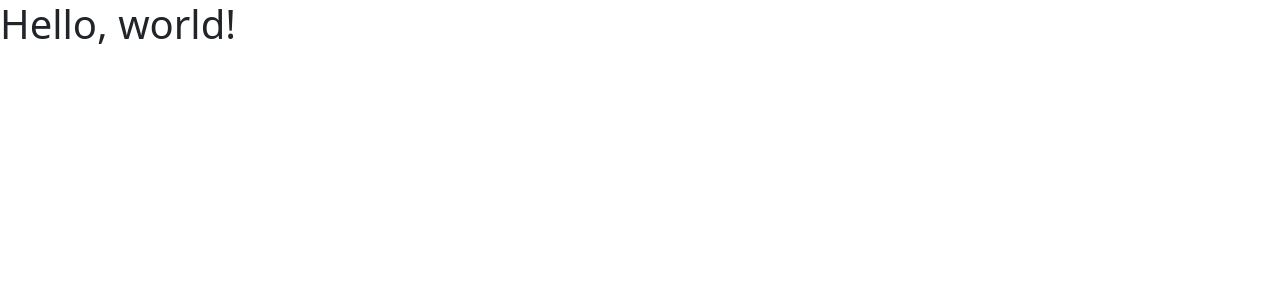
Repository: smritihbtu/Note-Maker
Page: http://localhost/NoteTaker/
An editor plug-in stored every save of this project. The page is shown before and after the next save, followed by the edit.
The browser window is 1280 px wide. The pictures show the whole page.
The page is served by Tomcat 9. Other server files are loaded and not shown.

Above is the page before, as saved 2023-08-19 14:45:32.

### NoteTaker/src/main/webapp/index.jsp
<!doctype html>
<html lang="en">
  <head>
    <meta charset="utf-8">
    <meta name="viewport" content="width=device-width, initial-scale=1">
    <title>Bootstrap demo</title>
    <link href="https://cdn.jsdelivr.net/npm/bootstrap@5.3.1/dist/css/bootstrap.min.css" rel="stylesheet" integrity="sha384-4bw+/aepP/YC94hEpVNVgiZdgIC5+VKNBQNGCHeKRQN+PtmoHDEXuppvnDJzQIu9" crossorigin="anonymous">
  </head>
  <body>
    <h1>Hello, world!</h1>
     <script src="https://cdn.jsdelivr.net/npm/bootstrap@5.3.1/dist/js/bootstrap.bundle.min.js" integrity="sha384-HwwvtgBNo3bZJJLYd8oVXjrBZt8cqVSpeBNS5n7C8IVInixGAoxmnlMuBnhbgrkm" crossorigin="anonymous"></script>
  </body>
</html>

### NoteTaker/src/main/webapp/navbar.jsp
<nav class="navbar navbar-expand-lg bg-body-tertiary">
  <div class="container-fluid">
    <a class="navbar-brand" href="#">Navbar</a>
    <button class="navbar-toggler" type="button" data-bs-toggle="collapse" data-bs-target="#navbarSupportedContent" aria-controls="navbarSupportedContent" aria-expanded="false" aria-label="Toggle navigation">
      <span class="navbar-toggler-icon"></span>
    </button>
    <div class="collapse navbar-collapse" id="navbarSupportedContent">
      <ul class="navbar-nav me-auto mb-2 mb-lg-0">
        <li class="nav-item">
          <a class="nav-link active" aria-current="page" href="#">Home</a>
        </li>
        <li class="nav-item">
          <a class="nav-link" href="#">Link</a>
        </li>
        <li class="nav-item dropdown">
          <a class="nav-link dropdown-toggle" href="#" role="button" data-bs-toggle="dropdown" aria-expanded="false">
            Dropdown
          </a>
          <ul class="dropdown-menu">
            <li><a class="dropdown-item" href="#">Action</a></li>
            <li><a class="dropdown-item" href="#">Another action</a></li>
            <li><hr class="dropdown-divider"></li>
            <li><a class="dropdown-item" href="#">Something else here</a></li>
          </ul>
        </li>
        <li class="nav-item">
          <a class="nav-link disabled" aria-disabled="true">Disabled</a>
        </li>
      </ul>
      <form class="d-flex" role="search">
        <input class="form-control me-2" type="search" placeholder="Search" aria-label="Search">
        <button class="btn btn-outline-success" type="submit">Search</button>
      </form>
    </div>
  </div>
</nav>
</html>

After the next save:
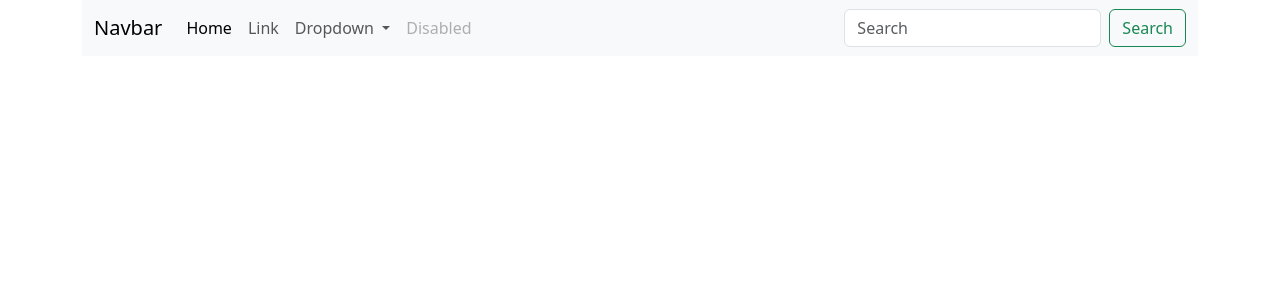
Saved 100 s later.
--- a/NoteTaker/src/main/webapp/index.jsp
+++ b/NoteTaker/src/main/webapp/index.jsp
@@ -7,7 +7,10 @@
     <link href="https://cdn.jsdelivr.net/npm/bootstrap@5.3.1/dist/css/bootstrap.min.css" rel="stylesheet" integrity="sha384-4bw+/aepP/YC94hEpVNVgiZdgIC5+VKNBQNGCHeKRQN+PtmoHDEXuppvnDJzQIu9" crossorigin="anonymous">
   </head>
   <body>
-    <h1>Hello, world!</h1>
+    <div class= "container">
+    <%@include file="navbar.jsp" %>
+
+    </div>
      <script src="https://cdn.jsdelivr.net/npm/bootstrap@5.3.1/dist/js/bootstrap.bundle.min.js" integrity="sha384-HwwvtgBNo3bZJJLYd8oVXjrBZt8cqVSpeBNS5n7C8IVInixGAoxmnlMuBnhbgrkm" crossorigin="anonymous"></script>
   </body>
 </html>
